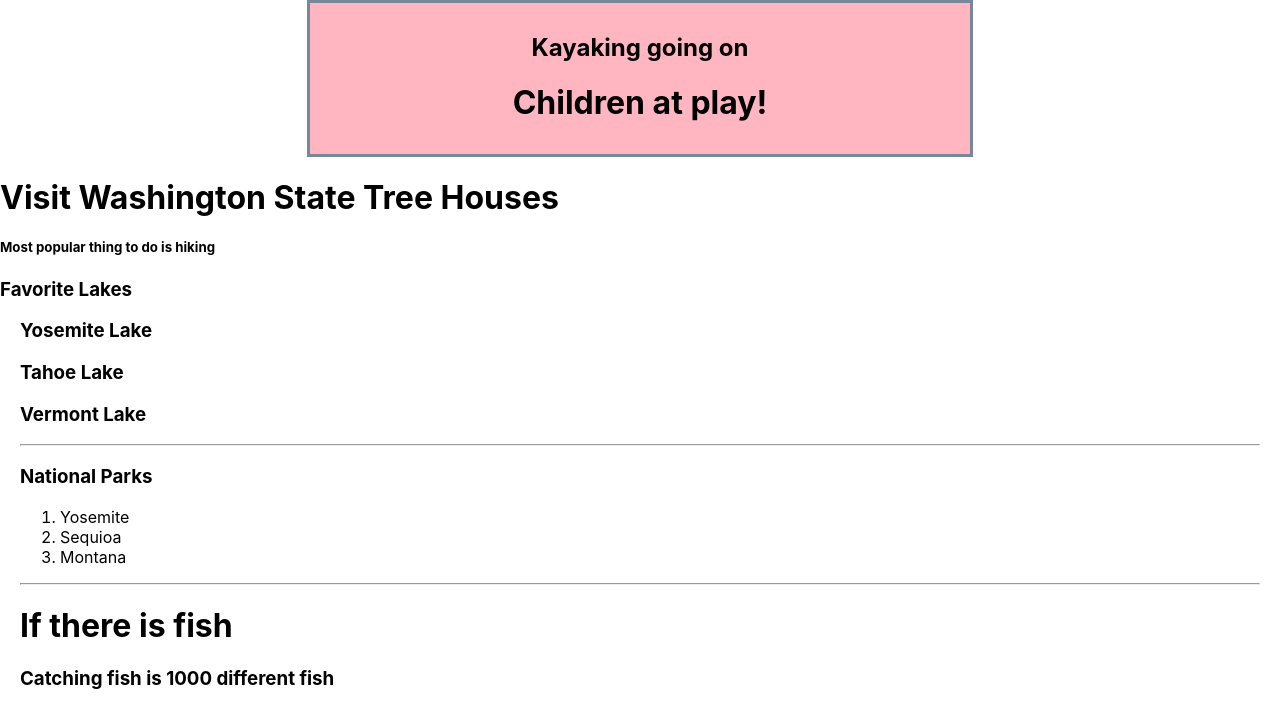
Repository: CaptainStorm21/intro-react-hooks
Page: /
The author's editor kept a copy of each file at every save. The page is drawn from the files as they stood at one save, then again after the next save.
The browser window is 1280 px wide. The pictures show the whole page.
The project was rebuilt for these pictures with package versions that can differ from the ones it lists, and the page was loaded fresh each time. Also part of the build but not shown: src/App.css.

Above is the page before, as saved 2020-05-27 00:17:26.

### src/index.js
import React from "react";
import ReactDOM from "react-dom";
import "./index.css";
import Fragment from "./Fragment"

const nationalParkList = ["Yosemite", "Sequioa", "Montana"];
const campingList = [
  {
    id: 0,
    name: "Mulberry Camp",
    location: " South Montana",
  },
  {
    id: 1,
    name: "Volga Camp",
    location: "Oregon",
  },
  {
    id: 2,
    name: "Captain Camp",
    location: "East Montana",
  },
  {
    id: 3,
    name: "Blue Dunes Camp",
    location: "South Montana",
  },
];

function Lake({ name }) {
  return <h3>{name}</h3>;
}

function Fishing({ abundant }) {
  return (
    < div >
      <h3> Catching fish is {abundant}</h3>
    </div >
  )
}

function Icehole ({ icefishing }) {
  return (
    < div >
      <h3> Winter Fish is {icefishing}</h3>
    </div >
  )
}

function MontanaFall() {
  return (
    <div>
      <h3>Come see Montana!</h3>
      <hr></hr>
      <div className="campstyle">
        {campingList.map((camp) => (
          <div key={camp.id}>
            <h4>{camp.name}</h4>
            <p>Location:{camp.location}</p>
          </div>
        ))}
      </div>
    </div>
  );
}

function SkiResort({thingstodo}) {
  return (
    <div>
      <h1>Visit Washington State Tree Houses</h1>
      <h5>Most popular thing to do is {thingstodo}</h5>
    </div>
  );
}
function App(props) {

  if (props.season === "fall") {
    return <MontanaFall />;
  } else if (props.season === "summer"){
    return (
      <div>
        <Fragment />
        <SkiResort  thingstodo="hiking"/>
        <h3>Favorite Lakes</h3>
        <div className="lakestyle">
          <Lake name="Yosemite Lake" />
          <Lake name="Tahoe Lake" />
          <Lake name="Vermont Lake" />
          <hr></hr>
          <h3>National Parks</h3>
          <ol>
            {props.parks.map((park) => (
              <li>{park}</li>
            ))}
          </ol>
          <hr></hr>
          <h1>If there is fish</h1>
          <div>
            {props.season === "summer" ? (
              <Fishing abundant="1000 different fish" />
            ) : props.season === "winter" ? (
              <Icehole icefishing="A lot of pikes" />
            ) : (<h1>Wanna stay home?</h1>)}
            </div>
        </div>
      </div>
    );
  }
}

// function Hello({ library, message, books }) {
//   return (
//     <div>
//       <h1>Hello {library}</h1>
//       <h4>books avail to rent {books}</h4>
//       <h5>Hours: {message}</h5>
//     </div>
//   )
// }

// function Hello(props) {
//   console.log(props);
//   console.log(Object.keys(props));
//   return (
//     <div>
//       <h1>Hello from {props.library}</h1>
//       <h3>{props.message}</h3>
//       <h4> books available to rent - {props.books}</h4>
//       <h5>Props used - {Object.keys(props).length}</h5>
//     </div>
//   )
// }

// function Hello() {
//   return (
//     <div>
//       <p> rendering is happening </p>
//       <h1>Hello world!</h1>
//     </div>
//   )
// }
ReactDOM.render(
  //  React.createElement("h1", null, "Hello"),
  // React.createElement("h1", { style: { color: "red" } }, "Hello"),
  // React.createElement("div", { style: { color: "blue" } },
  // React.createElement("h1", null, "Morning")  ),
  // <ul>
  //   <li>Pizza</li>
  //   <li>Sushi</li>
  // </ul>,
  // /* <Hello></Hello>, */
  // <Hello library="Washington Library" message="Open for all " books={10}/>,
  <App parks={nationalParkList} season="summer" />,
  document.getElementById("root")
);

### src/index.css
body {
  margin: 0;
  font-family: -apple-system, BlinkMacSystemFont, 'Segoe UI', 'Roboto', 'Oxygen',
    'Ubuntu', 'Cantarell', 'Fira Sans', 'Droid Sans', 'Helvetica Neue',
    sans-serif;
  -webkit-font-smoothing: antialiased;
  -moz-osx-font-smoothing: grayscale;
}

code {
  font-family: source-code-pro, Menlo, Monaco, Consolas, 'Courier New',
    monospace;
}

.lakestyle, .campstyle {
  padding-left: 20px;
  padding-right: 20px;
}

.div-style{
  padding: 10px;
  border: 3px solid lightslategray;
  width: 50%;
  margin: 0 auto;
  background-color: lightpink;
  text-align: center;
}

### src/Fragment.js
import React from "react";
import "./App.css";

const [first, second, third, fouth] = ["Mary", "Katy", "Ludwig", "Stephen"];

function Kids() {
  return <h1>Children at play!</h1>;
}

function Kayak() {
  return (
    <div>
      <h2> Kayaking going on </h2>
    </div>
  );
}

function Fragment() {
  return (
    <>
      <div className="div-style">
        <Kayak />
        <Kids />
      </div>
    </>
  );
}



// function Fragment() {
//   return (
//     <>
//       <div className="div-style">
//         <Kayak />
//         <Kids />
//       </div>
//     </>
//   );
// }

export default Fragment;

Loaded but not shown: public/index.html (common file)

After the next save:
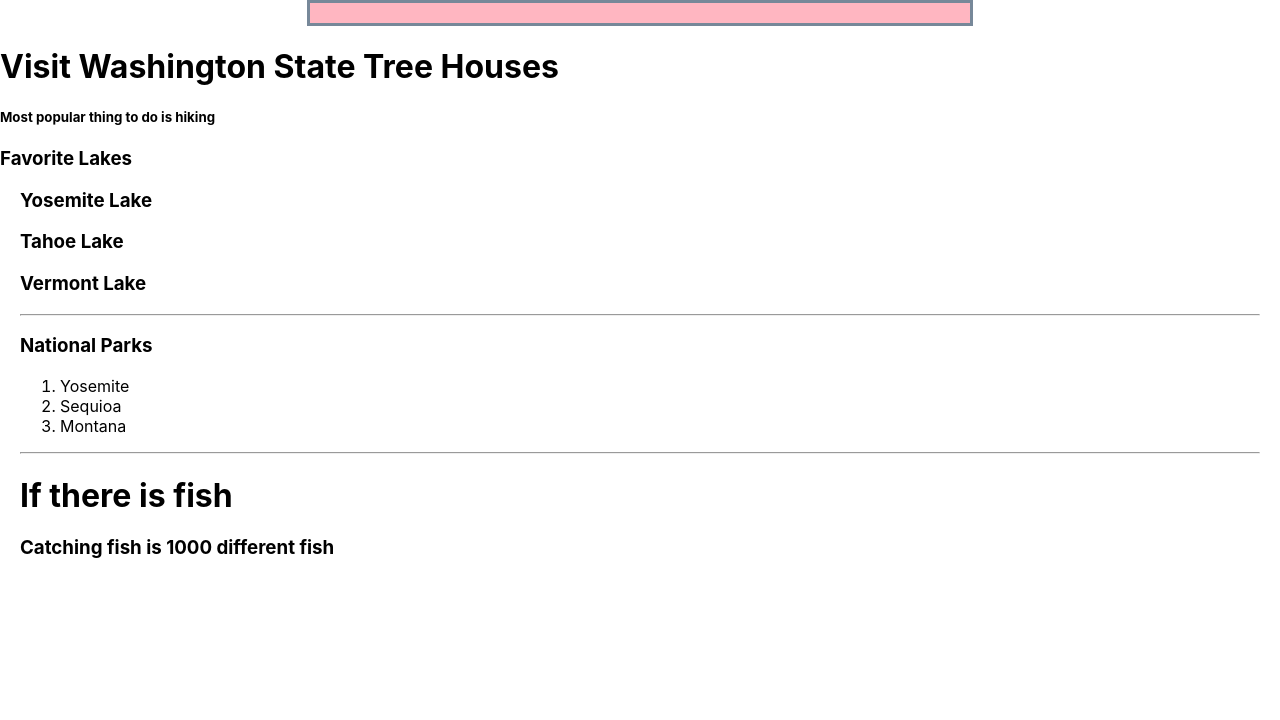
Saved 17 s later.
--- a/src/Fragment.js
+++ b/src/Fragment.js
@@ -19,8 +19,7 @@ function Fragment() {
   return (
     <>
       <div className="div-style">
-        <Kayak />
-        <Kids />
+
       </div>
     </>
   );
